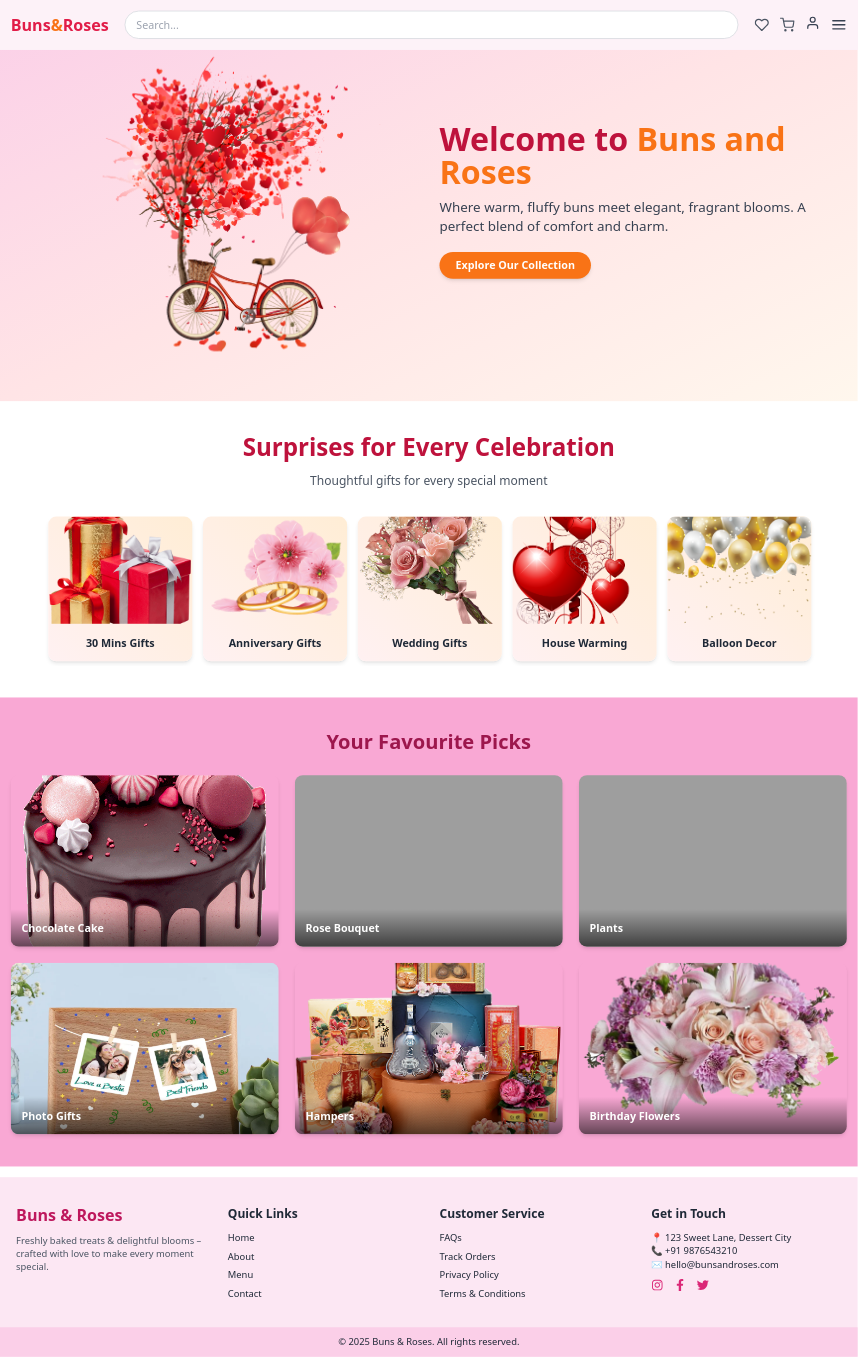
Repository: Purniagithub/buns-and-roses
Page: /
These files come from the project's save history. The page is drawn as it stood at one moment and after the next save; the edit follows.
The browser window is 1280 px wide. The pictures show the whole page, at 67% of full size.
Pictures or frames that could not be fetched are drawn as grey boxes. The project was rebuilt for these pictures with package versions that can differ from the ones it lists, and the page was loaded fresh each time. Also part of the build but not shown: vite.config.js, src/pages/About.jsx. Imported but missing from the stored project, and not drawn on this page: src/components/RelationshipSec tion.

Above is the page before, as saved 2025-08-10 02:45:46.

After the next save:
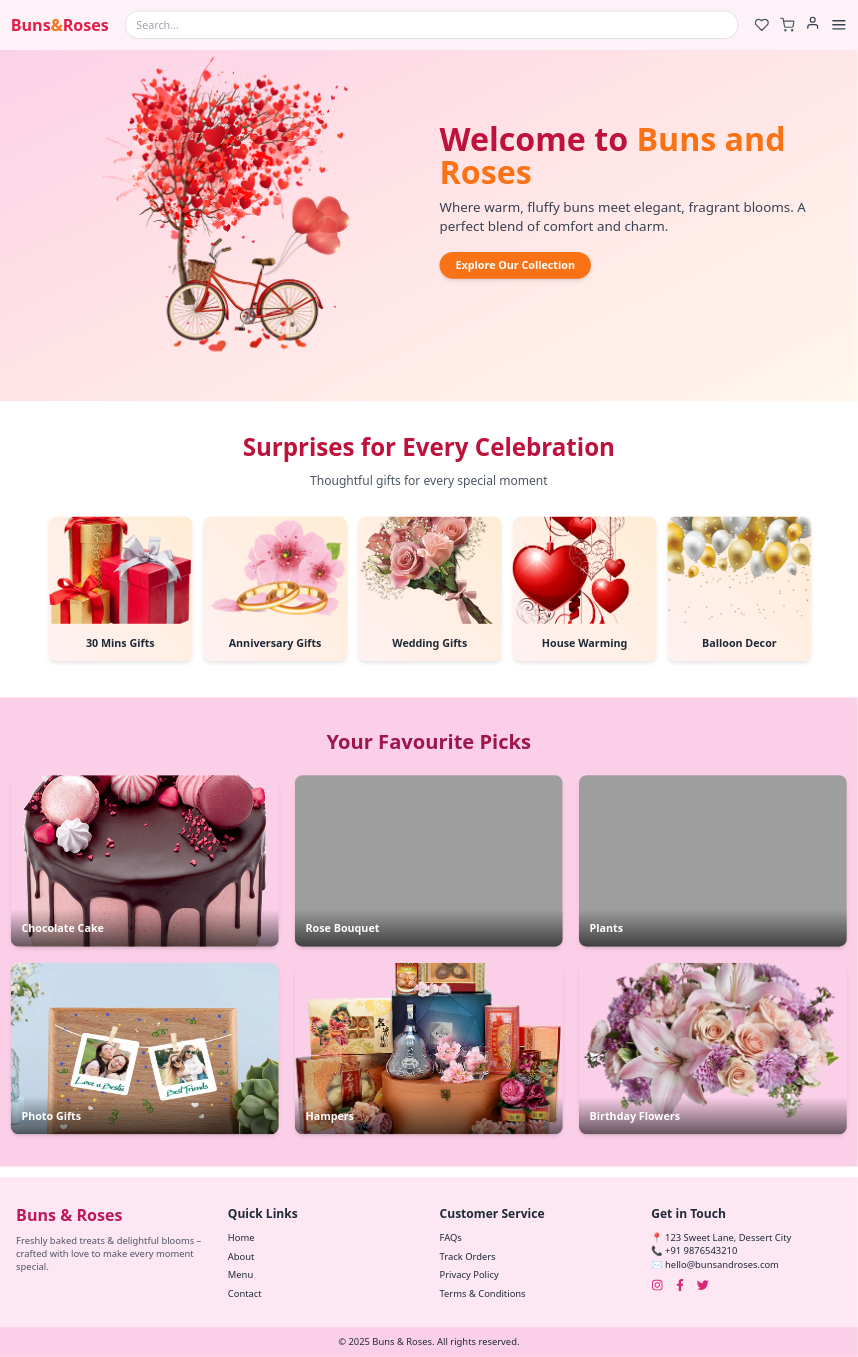
Saved 9 s later.
--- a/src/components/FavouritePicks.jsx
+++ b/src/components/FavouritePicks.jsx
@@ -12,7 +12,7 @@ const FavouritePicks = () => {
   ];
 
   return (
-    <section className="py-12 mb-4 bg-pink-300">
+    <section className="py-12 mb-4 bg-pink-200">
       <div className="max-w-7xl mx-auto px-4">
         <h2 className="text-3xl font-bold text-center text-pink-800 mb-8">
           Your Favourite Picks
